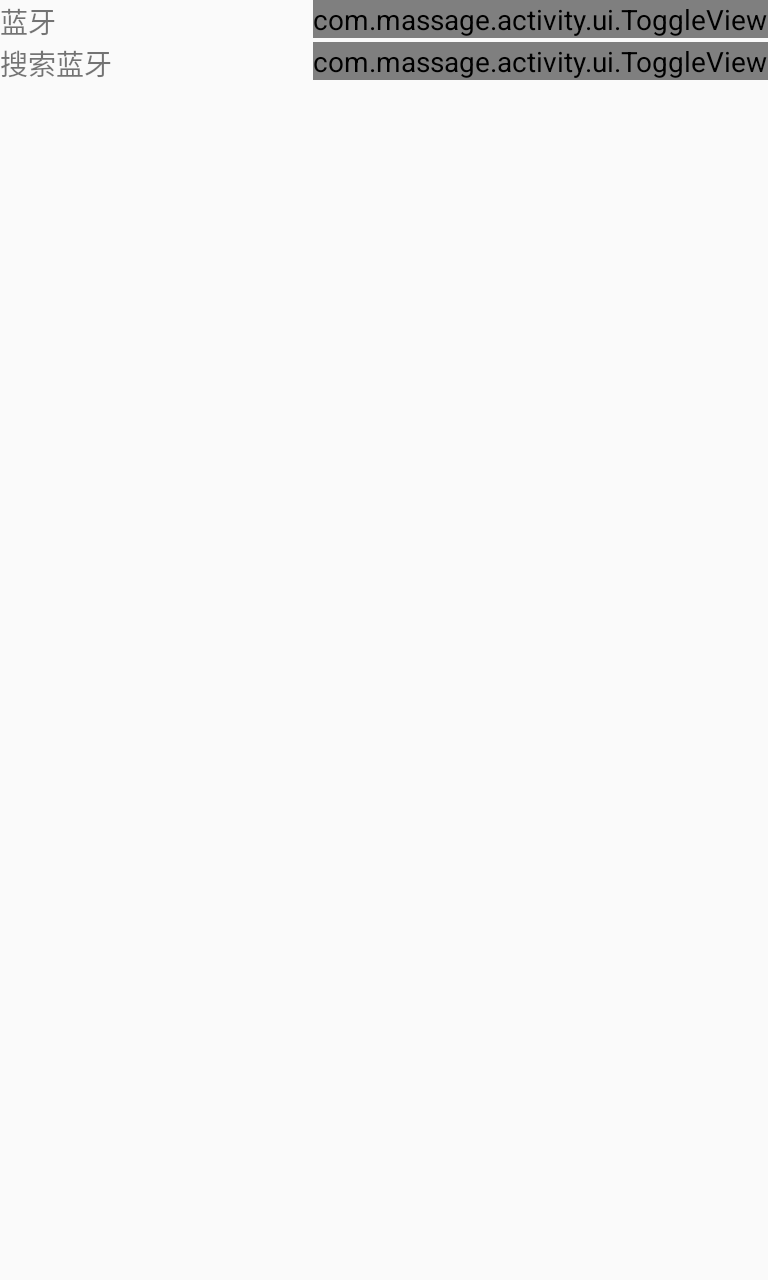
Repository: mimimy/MassagePro
Layout: BLE-Version/MassageTool/res/layout/activity_blooth.xml
An editor plug-in stored every save of this project. The layout is shown before and after the next save, followed by the edit.
Pictures or frames that could not be fetched are drawn as grey boxes. It is drawn on a 768 x 1280 px phone screen (xhdpi) without system bars, with theme AppTheme; the app's code is not run. Lists and similar views that code fills are empty.

Above is the layout before, as saved 2018-07-28 02:01:52.

### BLE-Version/MassageTool/res/layout/activity_blooth.xml
<LinearLayout xmlns:android="http://schemas.android.com/apk/res/android"
    xmlns:tools="http://schemas.android.com/tools"
    xmlns:togview="http://schemas.android.com/apk/res/com.hp.toggleview"
    android:layout_width="fill_parent"
    android:layout_height="fill_parent"
    tools:context=".MainActivity"
    android:orientation="vertical">
	<LinearLayout
	    android:layout_width="match_parent"
	    android:layout_height="wrap_content"
	    android:orientation="horizontal">
	    <TextView
	        android:layout_width="wrap_content"
	        android:layout_height="wrap_content"
	        android:layout_weight="1"
	        android:text="蓝牙"/>

	    <com.massage.activity.ui.ToggleView
	        android:id="@+id/toggleViewStatus"
	        android:layout_width="wrap_content"
	        android:layout_height="wrap_content"
	        android:layout_centerInParent="true"
	        togview:slide_button="@drawable/slide_button"
	        togview:switch_background="@drawable/switchbg"
	        togview:switch_state="false" >

		</com.massage.activity.ui.ToggleView>
	   </LinearLayout>
	   	<LinearLayout
	    android:layout_width="match_parent"
	    android:layout_height="wrap_content"
	    android:orientation="horizontal">
	    <TextView
	        android:layout_width="wrap_content"
	        android:layout_height="wrap_content"
	        android:layout_weight="1"
	        android:text="搜索蓝牙"/>

	    <com.massage.activity.ui.ToggleView
	        android:id="@+id/toggleViewSearch"
	        android:layout_width="wrap_content"
	        android:layout_height="wrap_content"
	        android:layout_centerInParent="true"
	        togview:slide_button="@drawable/slide_button"
	        togview:switch_background="@drawable/switchbg"
	        togview:switch_state="false" >

		</com.massage.activity.ui.ToggleView>
	   </LinearLayout>
		<ListView
		    android:layout_width="match_parent"
		    android:layout_height="wrap_content">

		</ListView>


</LinearLayout>

### BLE-Version/MassageTool/res/values/attrs.xml
<?xml version="1.0" encoding="utf-8"?>
<resources>

    <declare-styleable name="ToggleView">
        <attr name="switch_background" format="reference" />
        <attr name="slide_button" format="reference" />
        <attr name="switch_state" format="boolean" />
    </declare-styleable>

</resources>

Loaded but not shown: BLE-Version/MassageTool/res/values/styles.xml (common file); BLE-Version/MassageTool/res/values-v11/styles.xml (common file); BLE-Version/MassageTool/res/values-v14/styles.xml (common file)

After the next save:
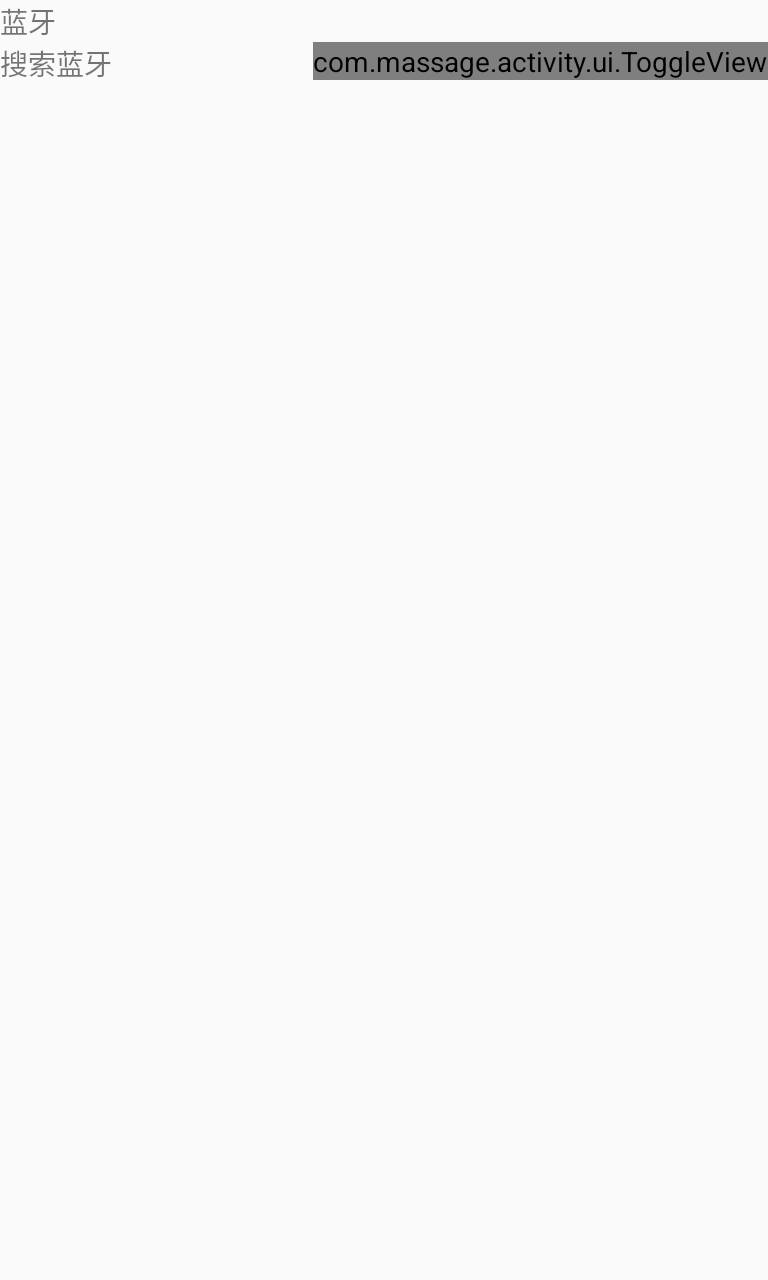
Saved 58 s later.
--- a/BLE-Version/MassageTool/res/layout/activity_blooth.xml
+++ b/BLE-Version/MassageTool/res/layout/activity_blooth.xml
@@ -15,16 +15,7 @@
 	        android:layout_weight="1"
 	        android:text="蓝牙"/>
 
-	    <com.massage.activity.ui.ToggleView
-	        android:id="@+id/toggleViewStatus"
-	        android:layout_width="wrap_content"
-	        android:layout_height="wrap_content"
-	        android:layout_centerInParent="true"
-	        togview:slide_button="@drawable/slide_button"
-	        togview:switch_background="@drawable/switchbg"
-	        togview:switch_state="false" >
 
-		</com.massage.activity.ui.ToggleView>
 	   </LinearLayout>
 	   	<LinearLayout
 	    android:layout_width="match_parent"

After the save that followed:
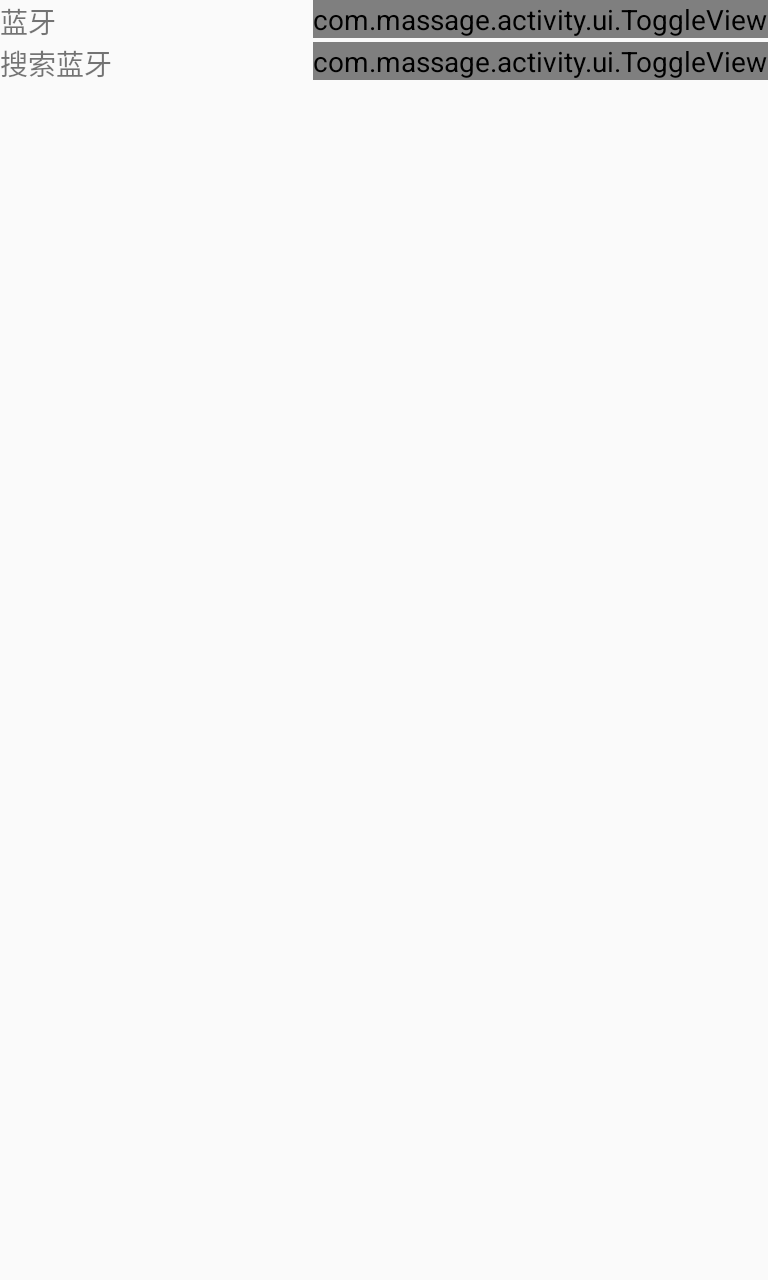
Saved 5 s later.
--- a/BLE-Version/MassageTool/res/layout/activity_blooth.xml
+++ b/BLE-Version/MassageTool/res/layout/activity_blooth.xml
@@ -15,7 +15,16 @@
 	        android:layout_weight="1"
 	        android:text="蓝牙"/>
 
+	    <com.massage.activity.ui.ToggleView
+	        android:id="@+id/toggleViewStatus"
+	        android:layout_width="wrap_content"
+	        android:layout_height="wrap_content"
+	        android:layout_centerInParent="true"
+	        togview:slide_button="@drawable/slide_button"
+	        togview:switch_background="@drawable/switchbg"
+	        togview:switch_state="false" >
 
+		</com.massage.activity.ui.ToggleView>
 	   </LinearLayout>
 	   	<LinearLayout
 	    android:layout_width="match_parent"
